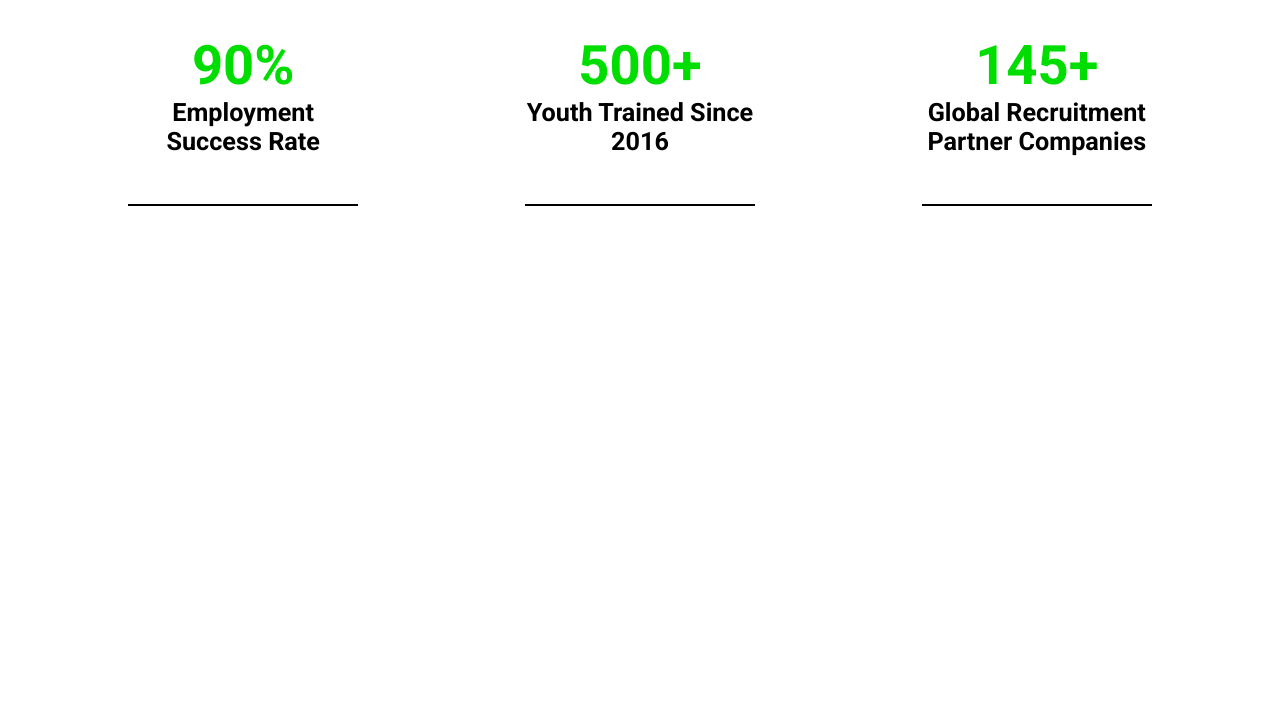
Repository: JeanPaulBassil/SE-Factory-Home-Page-Replica
Page: /
An editor plug-in stored every save of this project. The page is shown before and after a run of saves, followed by the edit.
The browser window is 1280 px wide. The pictures show the part of the page from y = 756 to 1476 px (the page is 1476 px tall).
The project was rebuilt for these pictures with package versions that can differ from the ones it lists, and the page was loaded fresh each time. Also part of the build but not shown: src/Components/Hero/Hero.css.

Above is the page before, as saved 2023-02-25 14:24:39.

### public/index.html
<!DOCTYPE html>
<html lang="en">
  <head>
    <meta charset="utf-8" />
    <link rel="icon" href="%PUBLIC_URL%/favicon.ico" />
    <meta name="viewport" content="width=device-width, initial-scale=1" />
    <meta name="theme-color" content="#000000" />
    <meta
      name="description"
      content="Web site created using create-react-app"
    />
    <link rel="preconnect" href="https://fonts.googleapis.com" />
    <link rel="preconnect" href="https://fonts.gstatic.com" crossorigin />
    <link
      href="https://fonts.googleapis.com/css2?family=Roboto:wght@400;500;700&display=swap"
      rel="stylesheet"
    />
    <link rel="apple-touch-icon" href="%PUBLIC_URL%/logo192.png" />
    <link rel="manifest" href="%PUBLIC_URL%/manifest.json" />
    <title>React App</title>
  </head>
  <body>
    <noscript>You need to enable JavaScript to run this app.</noscript>
    <div id="root"></div>
  </body>
</html>

### src/index.js
import './index.css'
import React from 'react';
import ReactDOM from 'react-dom/client';
import App from './App';

const root = ReactDOM.createRoot(document.getElementById('root'));
root.render(
  <App/>
);

### src/index.css
* {
    margin: 0;
    padding: 0;
    box-sizing: border-box;
}

body {
    color: white;
    font-family: 'Roboto', sans-serif;
}

### src/App.js
import Header from "./Components/Header/Header"
import Hero from "./Components/Hero/Hero"

export default function App(params) {
    return (
        <div className="app">
            <Header />
            <Hero />
        </div>
    )
};

### src/Components/Header/Header.js
import './Header.css';
import Navbar from '../Navbar/Navbar'
import HeaderContent from '../HeaderContent/HeaderContent'

export default function Header(params) {
    return (
        <header className="header">
            <Navbar />
            <HeaderContent/>
        </header>
    )
};

### src/Components/Hero/Hero.js
import Stats from "../Stats/Stats"
import './Hero.css'

export default function Hero(params) {
    return(
        <div className="hero">
            <Stats/>
        </div>
    )
};

### src/Components/Header/Header.css
.header {
    background-color: rgba(0, 0, 0, .5);
    background-image: url("https://images.squarespace-cdn.com/content/v1/5e4442200ffeee35974d1060/1586049970296-14DH7UEP2UWJREIELJ3K/IMG_9780.JPG?format=2500w");
    width: auto;
    height: 105vh;
    background-size: cover;
    background-blend-mode: multiply;
    background-repeat: no-repeat;
    background-position-y: -100px;
}

### src/Components/Navbar/Navbar.js
import './Navbar.css'
import Links from '../Links/Links'

export default function Navbar(params) {
    return (
        <div className="navbar">
            <img src="https://images.squarespace-cdn.com/content/v1/5e4442200ffeee35974d1060/f4e4a30d-4b0d-4e5f-a2e8-4e2da9234088/SE-Grey-Icon-RGB-01+copy.png?format=1500w" alt="SE Factory"/>
            <Links/>
        </div>
    )
};

### src/Components/HeaderContent/HeaderContent.js
import './HeaderContent.css'

export default function HeaderContent(params) {
    return (
        <div className="header-content">
            <h1>
            <strong>Empowering youth</strong>
            <br/>
            with tech jobs
            </h1>
            <p>SE Factory's top-ranked training programs graduate <br/>tech professionals working for companies all over<br/>the world.</p>
            <button>Learn More</button>
        </div>
    )
};

### src/Components/Stats/Stats.js
import Stat from '../stat/stat'
import './Stats.css'

export default function Stats(params) {
    const data = [{
        number: '90%',
        text: 'Employment Success Rate'
    },
    {
        number: '500+',
        text: 'Youth Trained Since 2016'
    },
    {
        number: '145+',
        text: 'Global Recruitment Partner Companies'
    }]
    const stats = data.map(part => {
        return (
            <Stat number={part.number} text={part.text}/>
        )
    })
    return(
        <div className="stats">
            <div className='stats-grid1'>
                {stats}
            </div>
            <div className='stats-grid2'>

            </div>
        </div>
    )
};

### src/Components/Navbar/Navbar.css
.navbar {
    margin: auto;
    height: 130px;
    width: 90%;
    padding: 10px;
    display: flex;
    justify-content: space-between;
    align-items: center;
}

.navbar > img {
    height: 80px;
    width: 80px;
}

### src/Components/Links/Links.js

import React from "react";
import './Links.css'

export default function Links({type}) {
  const mainNames = ["Home", "Get Trained", "Hire Talent", "FAQs", "Blog", "About Us", "Contact", "Apply Now"];
  const applyNames = ["Full Stack Web Development", "Foundations of Computer Science"];

  if (type === 'Apply') {
    const applyLinks = applyNames.map(name => {
        return(
                <a href="./">{name}</a>
        )
    })
    return (
        <ul className="dropdown-content">
          {applyLinks}
        </ul>
    )
  } else {
    const mainLinks = mainNames.map(name => {
      if (name === 'Apply Now'){
        return(
          <li key={name} className="dropdown">
              <button class="dropbtn">Apply Now</button>
              <Links type="Apply"/>

          </li>
        )
      } else {
        return (
          <li key={name}>
            <a href={`#${name}`}>
              {name}
            </a>
          </li>
        )
      }
    });

    return (
      <nav >
        <ul className="nav">
          {mainLinks}
        </ul>
      </nav>
    )
  }
};

### src/Components/HeaderContent/HeaderContent.css
.header-content > h1 {
    font-size: calc(3.5 * 1rem);
    line-height: calc(1.3 * (1 + (1 - 3.5)/25))
}

.header-content{
    position: absolute;
    bottom: 0;
    display: flex;
    flex-direction: column;
    justify-content: space-between;
    margin-left: 70px;
    height: 50vh;
}

.header-content > p{
    margin: 1rem 0;
    font-size: calc((1.6 - 1) * 1.2vw + 1rem)
}

.header-content > button {
    width: 133px;
    height: 50px;
    background-color: #0d0;
    color: white;
    border: none;
    border-radius: 10px;
    font-weight: 800;
    font-size: 16px;
}

### src/Components/stat/stat.js
import "./stat.css"

export default function stat({number, text}) {
    return(
        <div className="stat">
            <h1>{number}</h1>
            <p><strong>{text}</strong></p>
        </div>
    )
};

### src/Components/Stats/Stats.css
.stats {
    background-color: white;
    height: 100vh;
    display: grid;
    grid-template-rows: 1fr 2fr;
    color: black;
    width: 80vw;
    margin: auto;
}

.stats-grid1 {
    display: flex;
    justify-content: space-between;
    align-items: center;
}

### src/Components/Links/Links.css
.nav{
    display: flex;
    flex-direction: row;
    list-style-type: none;
    align-items: center;
    justify-content: center;
    font-weight: 600;
}
.nav > li:nth-of-type(1){
    border-bottom: 1px solid white;
    padding-bottom: 10px;
    align-self: flex-end;
}

li {
    margin-right: 30px;
}

a {
    text-decoration: none;
    color: white;
}


.dropdown {
    position: relative;
    display: inline-block;
  }

.dropbtn {
background-color: #0d0;
padding: 10px;
font-size: 16px;
border: none;
cursor: pointer;
color: white;
border-radius: 5px
}

.dropdown-content {
display: none;
position: absolute;
z-index: 1;
background-color: #fff;
min-width: 160px;
width: 300px;
box-shadow: 0px 8px 16px 0px rgba(0,0,0,0.2);
left: auto;
right: 0;
}

.dropdown-content a {
color: #333;
padding: 12px 16px;
text-decoration: none;
display: block;
}


.dropdown-content a:hover {
background-color: #f1f1f1;
}

.dropdown:hover > .dropdown-content {
display: block;
}

.dropbtn:focus {
outline: none;
}

### src/Components/stat/stat.css
.stat{
    display: flex;
    flex-direction: column;
    align-items: center;
    justify-content: space-between;
    width: 18vw;
    text-align: center;
    border-bottom: 2px solid black;
}

.stat > h1 {
    color: #0d0;
    font-size: calc((3.5 - 1) * 1.2vw + 1rem);
    line-height: calc(1.3 * (1 + (1 - 3.5)/25));
}

.stat > p {
    color: black;
    /* margin: 1rem; */
    margin-bottom: 3rem;
    font-size: calc((1.6 - 1) * 1.2vw + 1rem);
}

Loaded but not shown: src/Components/Hero/Hero.css (no copy from this time; the picture is the same without it)

After the next 2 saves:
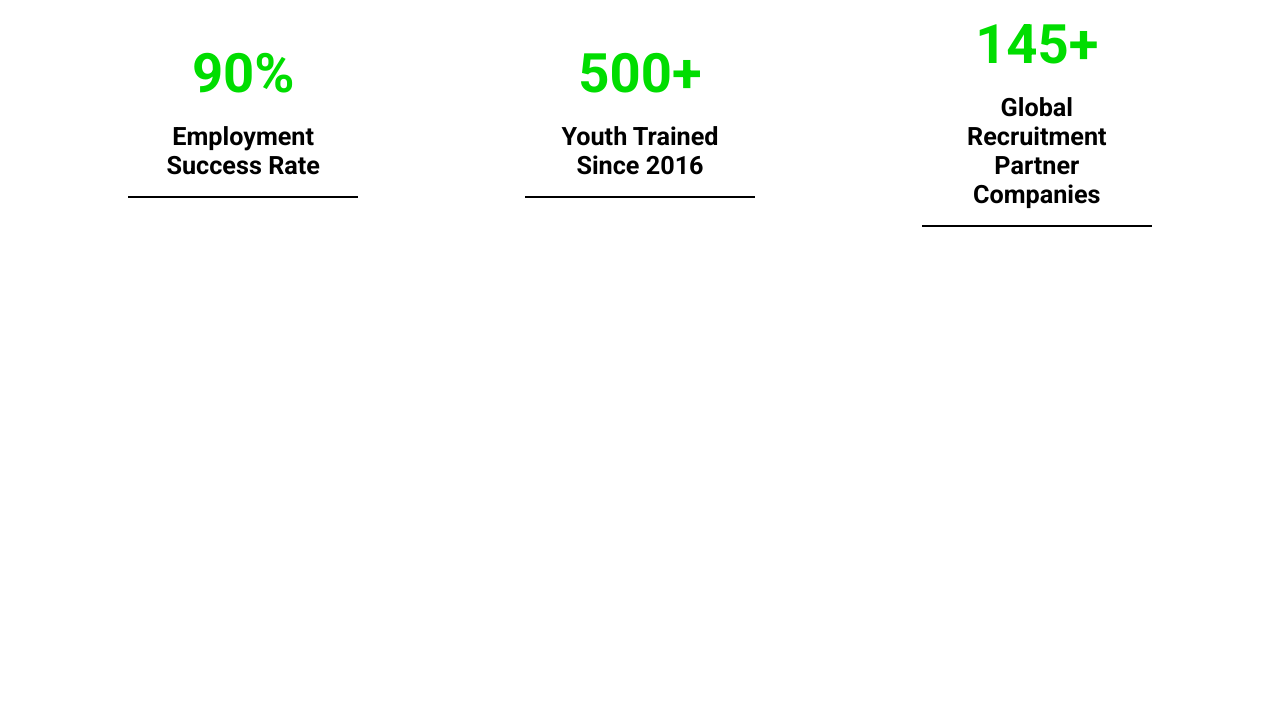
The 2 saves are shown as one change because they came seconds apart.
The last was saved 8 s later.
--- a/src/Components/stat/stat.css
+++ b/src/Components/stat/stat.css
@@ -16,7 +16,7 @@
 
 .stat > p {
     color: black;
-    /* margin: 1rem; */
-    margin-bottom: 3rem;
+    margin: 1rem;
+    /* margin-bottom: 3rem; */
     font-size: calc((1.6 - 1) * 1.2vw + 1rem);
 }
